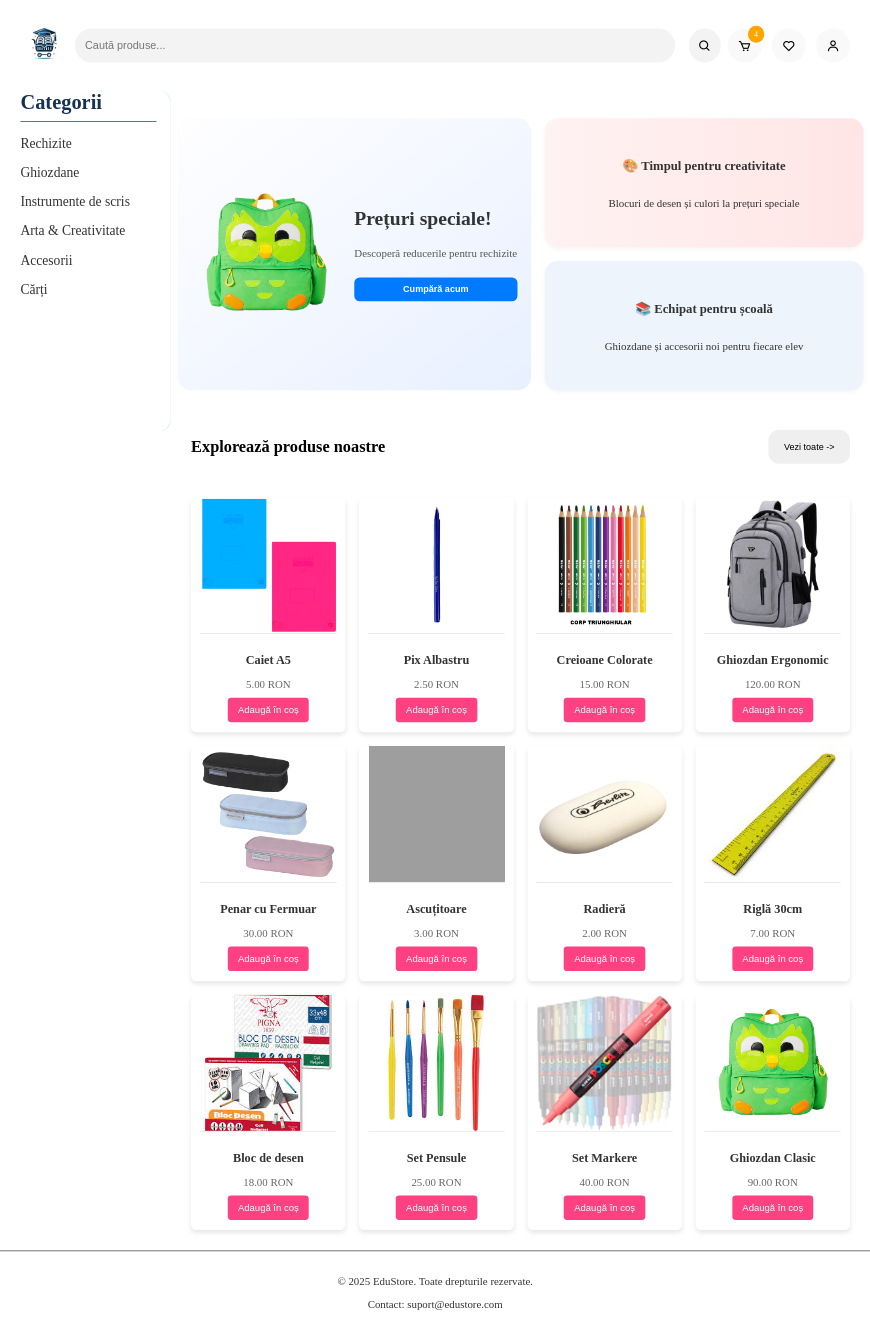
Repository: Roxana5504/WebDev-Project
Page: frontend/index.html
The author's editor kept a copy of each file at every save. The page is drawn from the files as they stood at one save, then again after a run of saves.
The browser window is 1280 px wide. The pictures show the whole page, at 68% of full size.
Pictures or frames that could not be fetched are drawn as grey boxes.

Above is the page before, as saved 2025-04-23 16:56:57.

### frontend/index.html
<!DOCTYPE html>
<html lang="ro">
  <head>
    <meta charset="UTF-8" />
    <meta name="viewport" content="width=device-width, initial-scale=1.0" />
    <title>Căutare Produse</title>
    <link rel="stylesheet" href="/styles.css" />
    <link
      href="https://cdn.jsdelivr.net/npm/boxicons@2.1.4/css/boxicons.min.css"
      rel="stylesheet"
    />
  </head>

  <body>
    <header class="container-header">
      <div class="logo">
        <img src="/backend/images/logoDWS.png" alt="EduStore" />
      </div>

      <div class="search-bar">
        <button class="sidebar-toggle" id="sidebar-toggle">
          <i class="bx bx-menu"></i>
        </button>
        <input type="text" id="search-input" placeholder="Caută produse..." />
        <button class="search-btn" id="search-btn">
          <i class="bx bx-search"></i>
        </button>
      </div>

      <div class="header-icons">
        <div class="header-icon">
          <span class="cart-items">4</span>
          <i class="bx bx-cart"></i>
        </div>
        <div class="header-icon">
          <i class="bx bx-heart"></i>
        </div>
        <div class="header-icon profile">
          <i class="bx bx-user"></i>
        </div>
      </div>
    </header>

    <div class="main-content">
      <aside class="sidebar">
        <h2>Categorii</h2>
        <ul>
          <li>Rechizite</li>
          <li>Ghiozdane</li>
          <li>Instrumente de scris</li>
          <li>Arta & Creativitate</li>
          <li>Accesorii</li>
          <li>Cărți</li>
        </ul>
      </aside>

      <div class="container">
        <section class="banner">
          <div class="banner-left">
            <div class="banner-left-content">
              <div class="img-cont">
                <img src="/backend/images/gh.jpg" alt="Oferta specială" />
              </div>

              <div class="banner-text">
                <h2>Prețuri speciale!</h2>
                <p>Descoperă reducerile pentru rechizite</p>
                <button class="buy-now-btn" id="buy-now-btn">
                  Cumpără acum
                </button>
              </div>
            </div>
          </div>

          <div class="banner-right">
            <div class="banner-right-up">
              <h3>🎨 Timpul pentru creativitate</h3>
              <p>Blocuri de desen și culori la prețuri speciale</p>
            </div>
            <div class="banner-right-down">
              <h3>📚 Echipat pentru școală</h3>
              <p>Ghiozdane și accesorii noi pentru fiecare elev</p>
            </div>
          </div>
        </section>

        <section class="products">
          <div class="products-explore-line">
            <h2>Explorează produse noastre</h2>
            <button class="all-products-button">Vezi toate -></button>
          </div>
          <div id="product-list" class="product-list"></div>
        </section>
      </div>
    </div>
    <footer>
      <p>&copy; 2025 EduStore. Toate drepturile rezervate.</p>
      <p>Contact: suport@edustore.com</p>
    </footer>
    <script src="script.js"></script>
  </body>
</html>

### frontend/styles.css
/*CSS Roxana*/
html,
body {
  height: 100%;
  margin: 0;
  padding: 0;
}

.modal-overlay {
  position: fixed;
  top: 0;
  left: 0;
  right: 0;
  bottom: 0;
  background: rgba(0, 0, 0, 0.6);
  display: flex;
  align-items: center;
  justify-content: center;
  padding: 20px;
  z-index: 9999;
  overflow-y: auto;
  box-sizing: border-box;
}

.modal-content {
  display: flex;
  flex-direction: column;
  background: white;
  padding: 20px;
  border-radius: 10px;
  max-width: 800px;
  width: 100%;
  max-height: 90vh;
  overflow-y: auto;
  position: relative;
  box-sizing: border-box;
  align-items: center;
}

.modal-buttons {
  align-items: center;
  display: flex;
  gap: 10px;
  margin-top: 20px;
}

.modal-content button {
  background-color: black;
  color: white;
  font-weight: bold;
  border: none;
  padding: 12px 16px;
  border-radius: 5px;
}

.close-btn {
  position: absolute;
  top: 10px;
  right: 15px;
  font-size: 24px;
  cursor: pointer;
  color: red;
}

.modal-products {
  display: flex;
  flex-wrap: wrap;
  gap: 20px;
}

.modal-product-card {
  width: 200px;
  border: 1px solid #eee;
  border-radius: 10px;
  padding: 10px;
  text-align: center;
}

.modal-product-card img {
  max-width: 100%;
  height: auto;
  border-radius: 5px;
}

.container-header {
  padding: 30px;
  display: flex;
  align-items: center;
  justify-content: space-between;
  width: 100%;
  box-sizing: border-box;
  flex-wrap: wrap;
  gap: 10px;
}

.logo img {
  height: 70px;
  cursor: pointer;
}

.search-bar {
  flex: 1;
  gap: 20px;
  display: flex;
  align-items: center;
  position: relative;
  max-width: 1000px;
}

.search-btn {
  width: 50px;
  height: 50px;
  border-radius: 100%;
  border: none;
  background-color: #f3f3f3;
  display: flex;
  justify-content: center;
  align-items: center;
  cursor: pointer;
  font-size: 20px;
}

.search-bar input {
  min-width: 200px;
  width: 100%;
  height: 50px;
  padding: 10px 15px;
  border-radius: 50px;
  border: none;
  background-color: #f3f3f3;
  font-size: 16px;
  outline: none;
  box-sizing: border-box;
}

.header-icons {
  display: flex;
  align-items: center;
  gap: 15px;
}

.header-icon {
  position: relative;
  width: 50px;
  height: 50px;
  background-color: #f9f9f9;
  border-radius: 50%;
  display: flex;
  justify-content: center;
  align-items: center;
  cursor: pointer;
}

.header-icon i {
  font-size: 20px;
  color: black;
}

.cart-items {
  position: absolute;
  top: -4px;
  right: -4px;
  background-color: orange;
  color: white;
  font-size: 12px;
  border-radius: 100%;
  padding: 5px 9px;
}

.main-content {
  display: flex;
  flex: 1;
  box-sizing: border-box;
  justify-content: left;
}

.container {
  flex: 1;
  width: 100%;
  margin: 0px auto;
  display: flex;
  flex-direction: column;
  padding: 10px;
  max-width: 1200px;
  box-sizing: border-box;
  min-height: 100dvh;
  justify-content: flex-start;
}

.sidebar {
  max-height: 500px;
  border-radius: 16px;
  margin-left: 10px;
  position: relative;
  width: 200px;
  padding: 0px 20px;
  border-right: 1px solid rgb(203, 227, 255);
}

.sidebar h2 {
  font-size: 30px;
  font-weight: bold;
  margin-top: 0px;
  color: rgb(22, 50, 82);
  margin-bottom: 10px;
  padding-bottom: 10px;
  border-bottom: 1px solid rgb(22, 50, 82);
}

.sidebar ul {
  list-style: none;
  padding: 0;
  margin: 0;
}

.sidebar ul li {
  padding: 10px 0;
  font-size: 20px;
  color: #333;
  cursor: pointer;
  transition: color 0.3s ease;
}

.sidebar ul li:hover {
  color: #0d4e5a;
}

.sidebar-toggle {
  background: none;
  border: none;
  font-size: 25px;
  cursor: pointer;
  display: none;
}

.banner {
  display: flex;
  flex-wrap: wrap;
  gap: 20px;
  margin: 30px 0;
  width: 100%;
}

.banner-left {
  box-sizing: border-box;
  background: linear-gradient(to bottom right, #fefeff, #e8f0ff);
  border-radius: 20px;
  padding: 20px;
  position: relative;
  display: flex;
  align-items: center;
  justify-content: space-between;
  flex: 1 1 50%;
}

.banner-left-content {
  display: flex;
  gap: 20px;
  align-items: center;
  flex-wrap: wrap;
  width: 100%;
  max-width: 500px;
}

.banner-left-content img {
  width: 100%;
  max-width: 220px;
  height: auto;
  border-radius: 10px;
  object-fit: cover;
}

.banner-text {
  flex: 1;
  display: flex;
  flex-direction: column;
  gap: 10px;
}

.banner-text h2 {
  font-size: 1.8rem;
  color: #333;
  margin: 0;
}

.banner-text p {
  font-size: 1rem;
  color: #555;
}

.buy-now-btn {
  background-color: #007bff;
  color: white;
  border: none;
  padding: 10px 16px;
  border-radius: 8px;
  font-weight: bold;
  cursor: pointer;
  transition: background 0.3s ease;
}

.buy-now-btn:hover {
  background-color: #0056b3;
}

.banner-right {
  flex: 1 1 45%;
  display: flex;
  flex-direction: column;
  justify-content: space-between;
  gap: 20px;
  min-width: 300px;
}

.banner-right-up,
.banner-right-down {
  border-radius: 20px;
  padding: 20px;
  text-align: center;
  min-height: 150px;
  display: flex;
  flex-direction: column;
  justify-content: center;
  box-shadow: 0 2px 6px rgba(0, 0, 0, 0.05);
}

.banner-right-up {
  background: linear-gradient(to right, #fff2f2, #ffe5e5);
  color: #333;
}

.banner-right-down {
  background: #eef4fc;
  color: #333;
}

footer {
  text-align: center;
  padding: 20px;
  border-top: 1px solid #333;
  color: #333;
  background-color: white;
}

.products-explore-line {
  display: flex;
  justify-content: space-between;
  width: 100%;
  box-sizing: border-box;
  align-items: center;
  padding: 20px;
}

.all-products-button {
  border: none;
  border-radius: 16px;
  padding: 0px 10px;
  width: 120px;
  height: 50px;
  cursor: pointer;
}

@media (max-width: 768px) {
  .search-bar {
    gap: 10px;
    width: 100%;
    margin: 0px;
    order: 1;
    display: flex;
    justify-content: center;
  }

  .search-bar input {
    flex: 1;
    margin: 0 10px;
  }

  .banner {
    flex-direction: column;
  }

  .banner-left {
    width: 100%;
    flex: none;
  }

  .banner-right {
    flex-direction: row;
    flex-wrap: wrap;
    width: 100%;
    gap: 20px;
  }

  .banner-right-up,
  .banner-right-down {
    flex: 1 1 48%;
    min-width: 48%;
    padding: 15px;
  }
}

@media (max-width: 600px) {
  .modal-products {
    flex-direction: column;
    align-items: center;
  }

  .modal-product-card {
    width: 100%;
    max-width: 300px;
  }
  .sidebar {
    width: 30%;
    z-index: 99;
    transform: translateX(-100%);
    display: none;
  }

  .sidebar-toggle {
    display: block;
  }

  .sidebar.open {
    transform: translateX(0);
    display: block;
  }

  .sidebar h2 {
    font-size: 22px;
  }

  .sidebar ul li {
    font-size: 16px;
  }
}

/*Sfarsit CSS Roxana*/

.product-list {
  display: grid;
  grid-template-columns: repeat(auto-fit, minmax(220px, 1fr));
  gap: 20px;
  padding: 20px;
}

.product-card {
  background: white;
  border-radius: 8px;
  box-shadow: 0px 4px 8px rgba(0, 0, 0, 0.1);
  overflow: hidden;
  text-align: center;
  transition: transform 0.2s ease-in-out;
}

.product-card:hover {
  transform: scale(1.05);
}

.product-card img {
  width: 100%;
  height: 200px;
  object-fit: cover;
  border-bottom: 1px solid #ddd;
}

.product-card .product-info {
  padding: 15px;
}

.product-card h3 {
  font-size: 18px;
  margin: 10px 0;
  color: #333;
}

.product-card p {
  font-size: 16px;
  color: #666;
  margin-bottom: 10px;
}

.product-card button {
  background: #ff4081;
  color: white;
  border: none;
  padding: 10px 15px;
  border-radius: 5px;
  cursor: pointer;
  font-size: 14px;
  transition: background 0.3s;
}

.product-card button:hover {
  background: #e6006e;
}

@media (max-width: 768px) {
  .product-list {
    grid-template-columns: repeat(auto-fit, minmax(180px, 1fr));
  }
}

### frontend/script.js
//Roxana
document.addEventListener("DOMContentLoaded", function () {
  const categoryItems = document.querySelectorAll("aside li")
  const productList = document.getElementById("product-list")
  let products = []

  fetch("/products.json")
    .then((response) => {
      if (!response.ok) {
        throw new Error("Eroare la încărcarea fișierului products.json")
      }
      return response.json()
    })
    .then((data) => {
      products = data.products.map((product) => {
        const name = product.name.toLowerCase()
        let category = "altele"

        if (name.includes("ghiozdan")) category = "ghiozdane"
        else if (
          name.includes("pix") ||
          name.includes("creion") ||
          name.includes("marker") ||
          name.includes("pensul")
        )
          category = "arta-creativitate"
        else if (
          name.includes("radier") ||
          name.includes("ascuțitoare") ||
          name.includes("rigl")
        )
          category = "accesorii"
        else if (
          name.includes("caiet") ||
          name.includes("penar") ||
          name.includes("bloc")
        )
          category = "rechizite"

        return { ...product, category }
      })

      renderProducts()
    })
    .catch((error) => {
      console.error("Eroare la încărcare produse:", error)
    })

  function renderProducts() {
    productList.innerHTML = ""
    products.forEach((product) => {
      const productCard = document.createElement("div")
      productCard.classList.add("product-card")
      productCard.setAttribute("data-category", product.category)
      productCard.innerHTML = `
        <img src="${product.image}" alt="${
        product.name
      }" style="width: 200px; height: 200px; object-fit: cover;">
        <div class="product-info">
          <h3>${product.name}</h3>
          <p>${product.price.toFixed(2)} RON</p>
          <button>Adaugă în coș</button>
        </div>
      `
      productList.appendChild(productCard)
    })
  }

  categoryItems.forEach((item) => {
    item.addEventListener("click", function () {
      const category = this.textContent
        .trim()
        .toLowerCase()
        .replace(/\s+/g, "-")
      const productCards = document.querySelectorAll(".product-card")

      productCards.forEach((product) => {
        if (
          product.getAttribute("data-category") === category ||
          category === "toate"
        ) {
          product.style.display = "flex"
        } else {
          product.style.display = "none"
        }
      })
    })
  })
})

document.getElementById("search-btn").addEventListener("click", () => {
  const query = document.getElementById("search-input").value.trim()

  fetch(`/products/${query}`)
    .then((res) => {
      if (!res.ok) throw new Error("Server error: " + res.status)
      return res.json()
    })
    .then((data) => {
      if (data.length > 0) {
        showModalWithProducts(data)
      } else {
        showNoProductFoundModal(query)
      }
    })
    .catch((err) => {
      console.error("Eroare:", err)
    })
})

document.getElementById("buy-now-btn").addEventListener("click", () => {
  const query = "Ghiozdan Clasic"
  fetch(`/products/${query}`)
    .then((res) => {
      if (!res.ok) throw new Error("Server error: " + res.status)
      return res.json()
    })
    .then((data) => {
      if (data.length > 0) {
        showModalWithProducts(data)
      } else {
        showNoProductFoundModal(query)
      }
    })
    .catch((err) => {
      console.error("Eroare:", err)
    })
})

function showModalWithProducts(products) {
  let modalHTML = `
      <div id="product-modal" class="modal-overlay">
        <div class="modal-content">
          <span class="close-btn" onclick="closeModal()">&times;</span>
          <h2>Rezultate Căutare</h2>
          <div class="modal-products">
    `

  products.forEach((product) => {
    modalHTML += `
        <div class="modal-product-card">
          <img src="${product.image}" alt="${product.name}" />
          <h3>${product.name}</h3>
          <p>Preț: ${product.price} lei</p>
          <p>Cantitate: ${product.quantity ?? "Nespecificat"}</p>
        </div>
      `
  })

  modalHTML += `
          </div>
        </div>
      </div>
    `

  document.body.insertAdjacentHTML("beforeend", modalHTML)
}

function showNoProductFoundModal(query) {
  const modalHTML = `
      <div id="product-modal" class="modal-overlay">
        <div class="modal-content">
          <span class="close-btn" onclick="closeModal()">&times;</span>
          <h2>Produs negăsit</h2>
          <p>Nu am găsit produsul <strong>"${query}"</strong>.</p>
          <p>Dorești să îl adaugi în magazin?</p>
          <div class="modal-buttons">
          <button onclick="openAddProductForm('${query}')">Adaugă produs</button>
          <button onclick="closeModal()">Încearcă din nou</button></div>
        </div>
      </div>
    `
  document.body.insertAdjacentHTML("beforeend", modalHTML)
}

function closeModal() {
  const modal = document.getElementById("product-modal")
  if (modal) modal.remove()
}

const sidebarToggle = document.getElementById("sidebar-toggle")
const sidebar = document.querySelector(".sidebar")

sidebarToggle.addEventListener("click", () => {
  sidebar.classList.toggle("open")
})
//Sfarsit cod Roxana

### backend/products.json
{
  "products": [
    { "name": "Caiet A5", "price": 5.0, "image": "/backend/images/caiet.jpg" },
    {
      "name": "Pix Albastru",
      "price": 2.5,
      "image": "/backend/images/pix.jpg",
      "quantity": 20
    },
    {
      "name": "Creioane Colorate",
      "price": 15.0,
      "image": "/backend/images/creioane.jpg",
      "quantity": 20
    },
    {
      "name": "Ghiozdan Ergonomic",
      "price": 120.0,
      "image": "/backend/images/ghiozdan.jpg",
      "quantity": 20
    },
    {
      "name": "Penar cu Fermuar",
      "price": 30.0,
      "image": "/backend/images/penar.jpg",
      "quantity": 20
    },
    {
      "name": "Ascuțitoare",
      "price": 3.0,
      "image": "/backend/images/ascutitoare.jpg",
      "quantity": 20
    },

    {
      "name": "Radieră",
      "price": 2.0,
      "image": "/backend/images/radiera.jpg",
      "quantity": 20
    },
    {
      "name": "Riglă 30cm",
      "price": 7.0,
      "image": "/backend/images/rigla.jpg",
      "quantity": 20
    },
    {
      "name": "Bloc de desen",
      "price": 18.0,
      "image": "/backend/images/blocdesen.jpg",
      "quantity": 20
    },
    {
      "name": "Set Pensule",
      "price": 25.0,
      "image": "/backend/images/pensule.jpg",
      "quantity": 20
    },
    {
      "name": "Set Markere",
      "price": 40.0,
      "image": "/backend/images/markere.jpg",
      "quantity": 20
    },
    {
      "name": "Ghiozdan Clasic",
      "price": 90.0,
      "image": "/backend/images/gh.jpg",
      "quantity": 20
    }
  ]
}

After the next 2 saves:
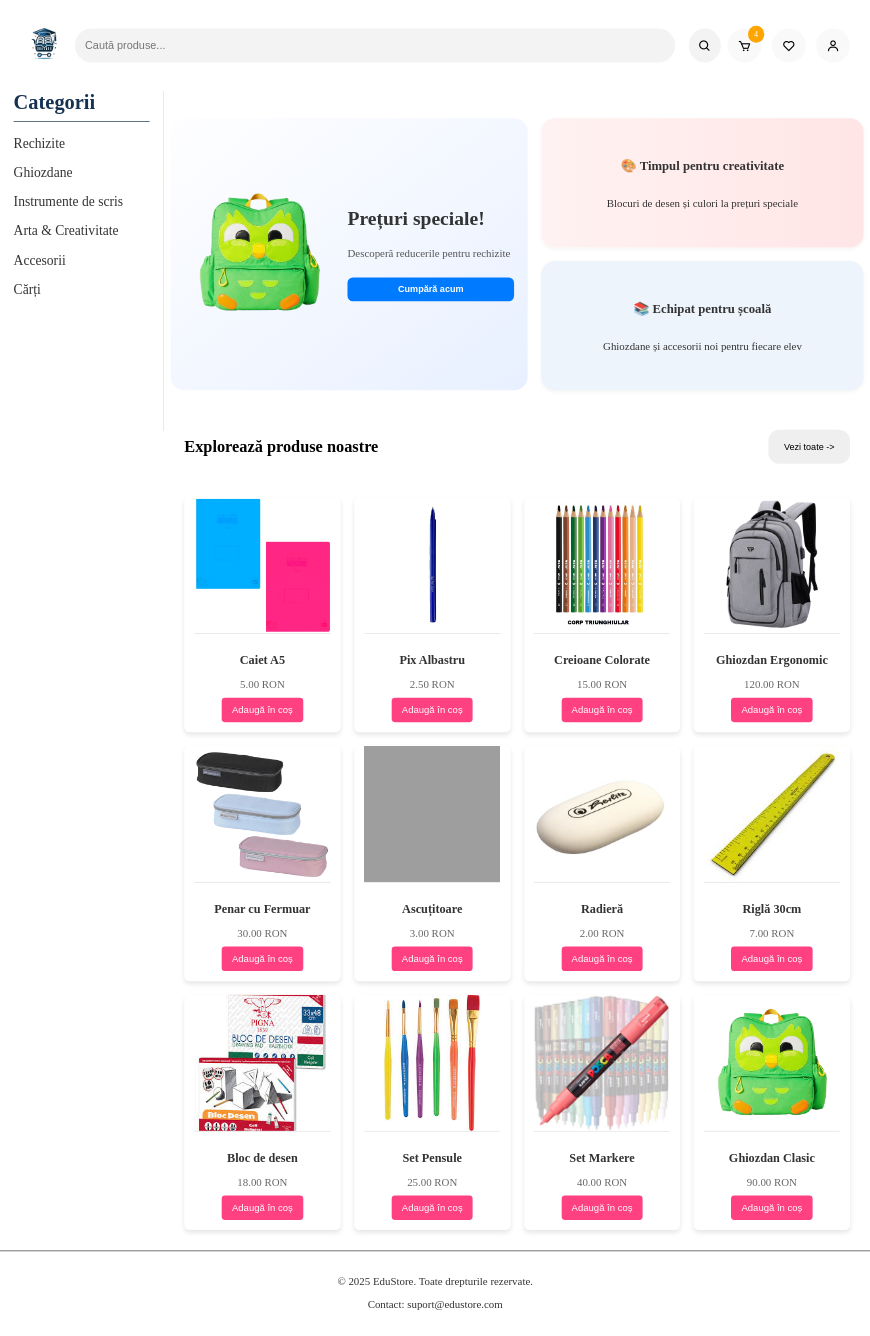
The 2 saves are shown as one change because they came seconds apart.
The last was saved 5 s later.
--- a/frontend/styles.css
+++ b/frontend/styles.css
@@ -189,8 +189,6 @@ body {
 
 .sidebar {
   max-height: 500px;
-  border-radius: 16px;
-  margin-left: 10px;
   position: relative;
   width: 200px;
   padding: 0px 20px;
